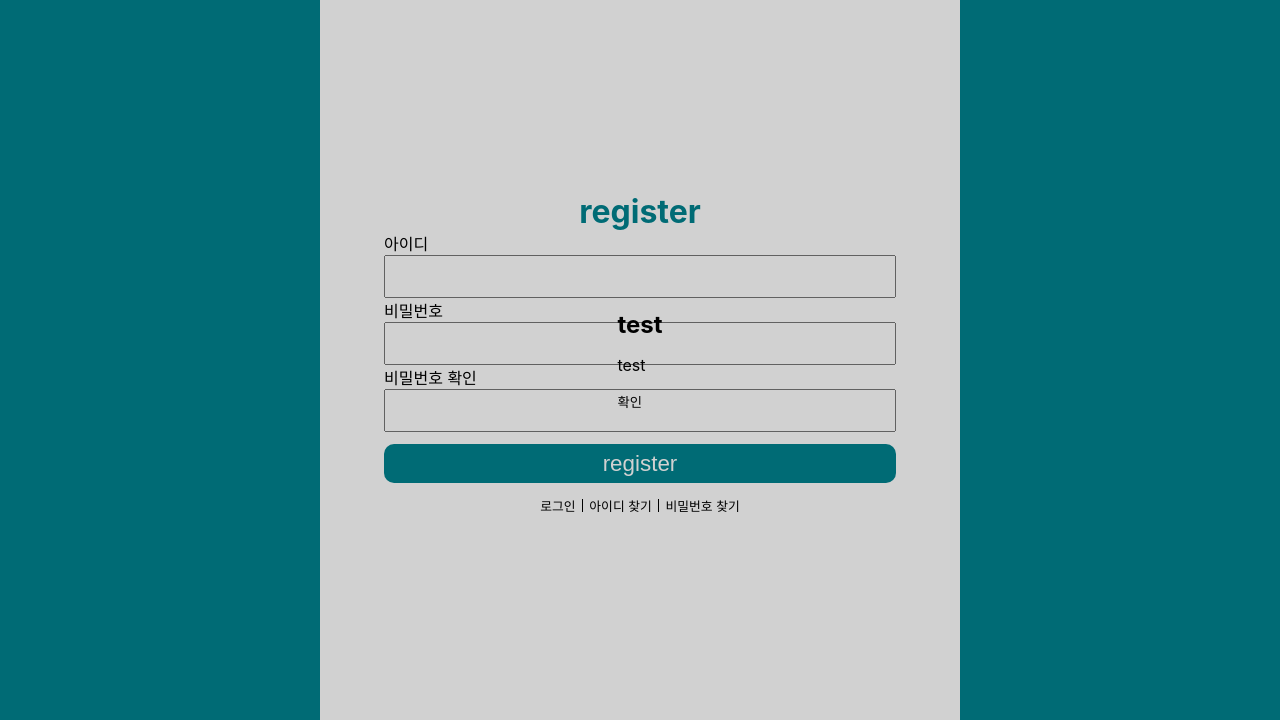
Repository: SeungYn/ticktickup-client
Page: /register
These files come from the project's save history. The page is drawn as it stood at one moment and after the next save; the edit follows.
The browser window is 1280 px wide. The pictures show the whole page.
The project was rebuilt for these pictures with package versions that can differ from the ones it lists, and the page was loaded fresh each time. Also part of the build but not shown: src/App.tsx, src/pages/Main.tsx, src/pages/TimeDetail.tsx, src/pages/MyInfo.tsx, src/containers/auth/LoginFormContainer.tsx, src/pages/LoginPage.tsx.

Above is the page before, as saved 2023-01-04 00:10:40.

After the next save:
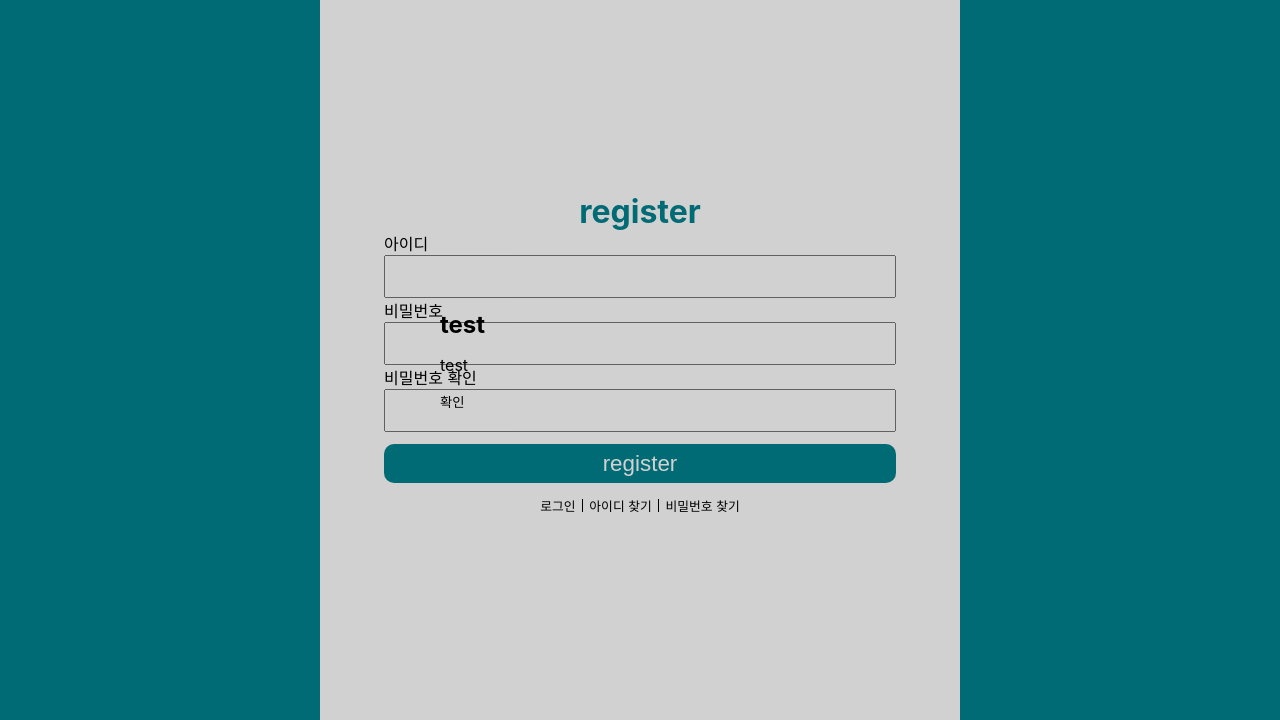
Saved 13 s later.
--- a/src/components/common/ConfirmModal.tsx
+++ b/src/components/common/ConfirmModal.tsx
@@ -16,7 +16,9 @@ const ModalContainer = styled.div`
   align-items: center;
 `;
 
-const ModalContent = styled.div``;
+const ModalContent = styled.div`
+  width: 400px;
+`;
 
 export default function ConfirmModal({ title, content, callback }: ModalType) {
   return (
